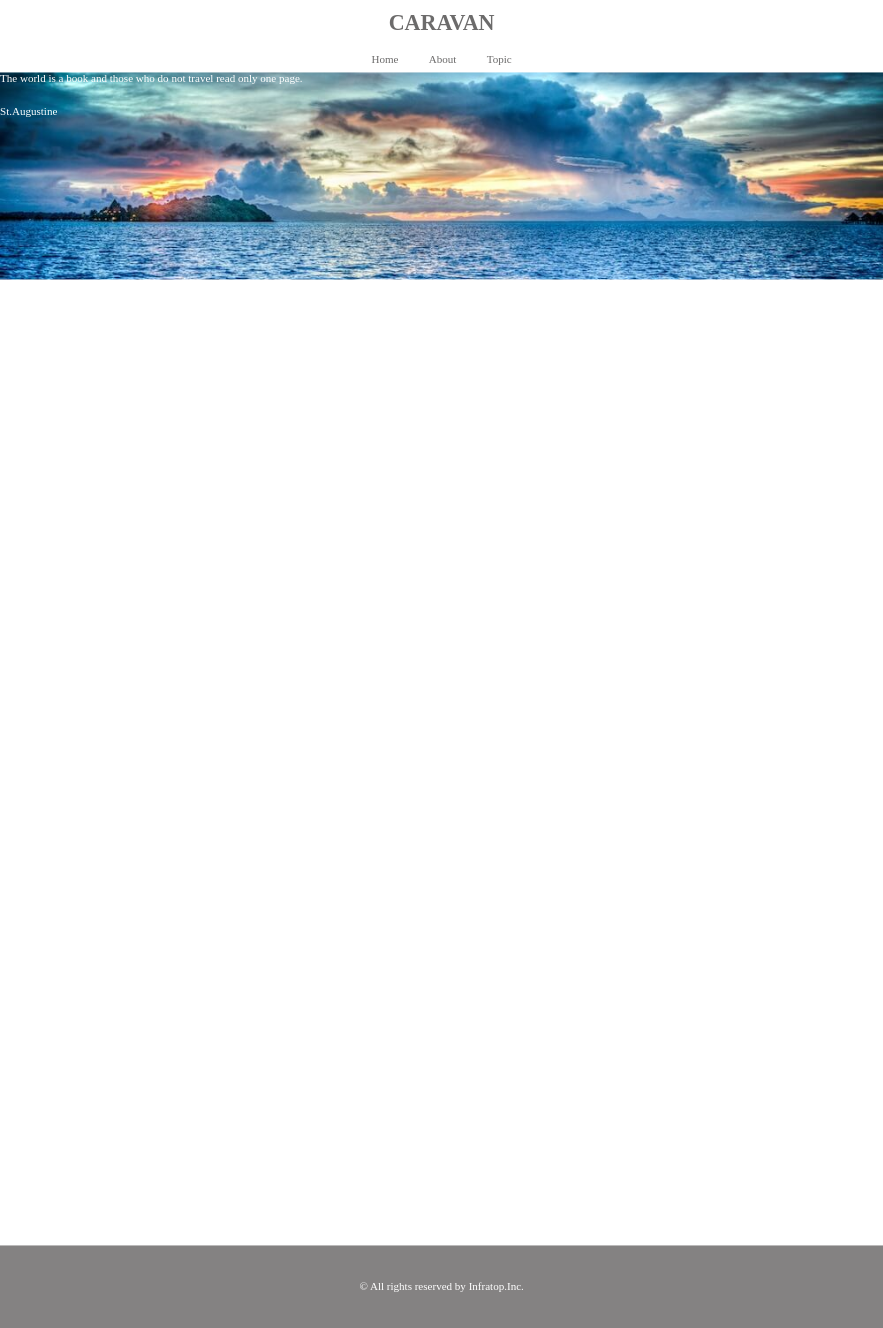
Repository: mitoma99/task4
Page: caravan/index.html
The author's editor kept a record of every edit. The page is drawn from the files as they stood at one moment, then again after the next edit.
The browser window is 1280 px wide. The pictures show the whole page, at 69% of full size.

Above is the page before.

After the next edit:
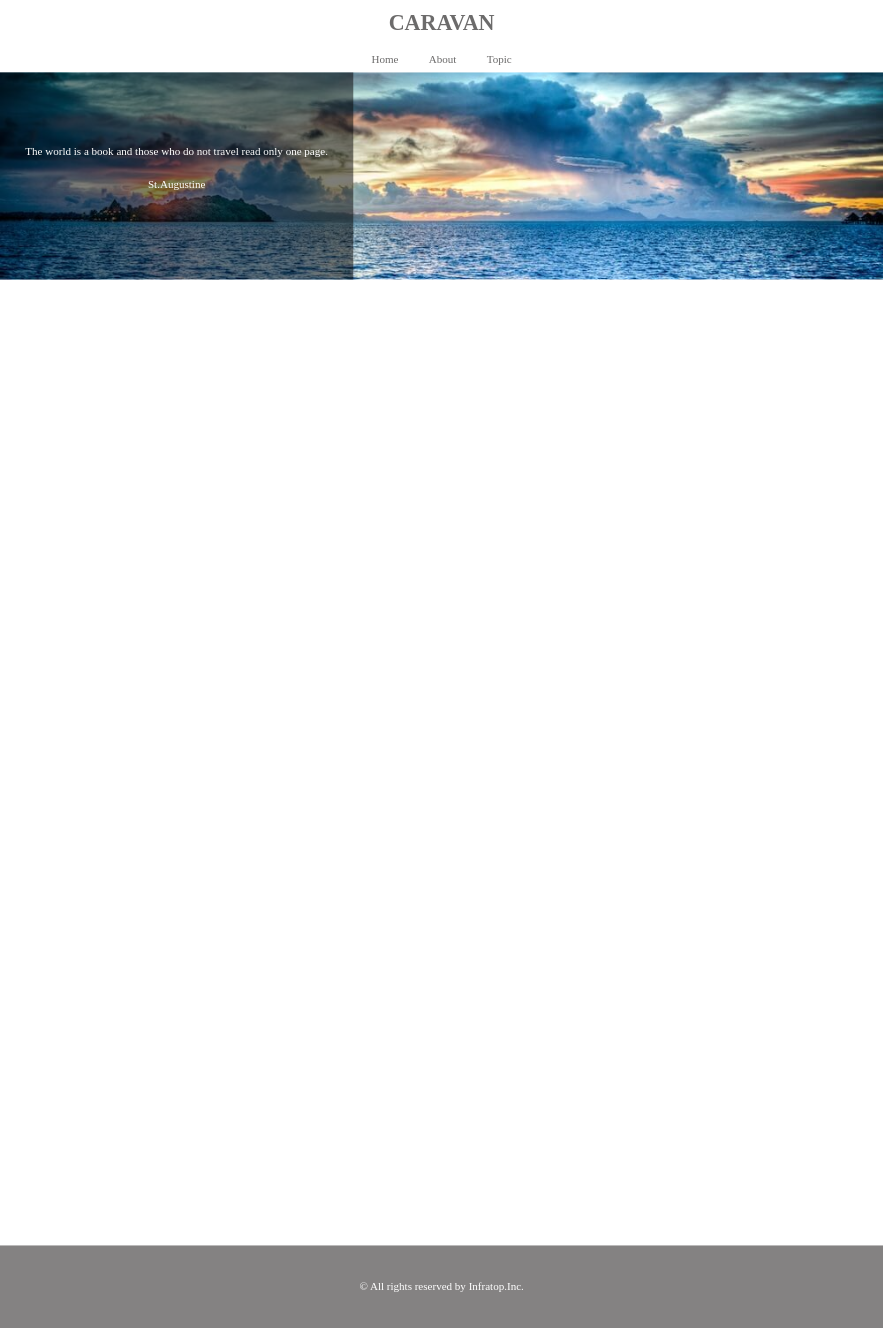
The edit:
--- a/caravan/index.html
+++ b/caravan/index.html
@@ -27,7 +27,7 @@
   </nav>
 
   <div class="main-visual">
-    <div cass="main-visual-content">
+    <div class="main-visual-content">
       <p class="main-visual-text">
         The world is a book and those who do not travel read only one page.
       </p>
